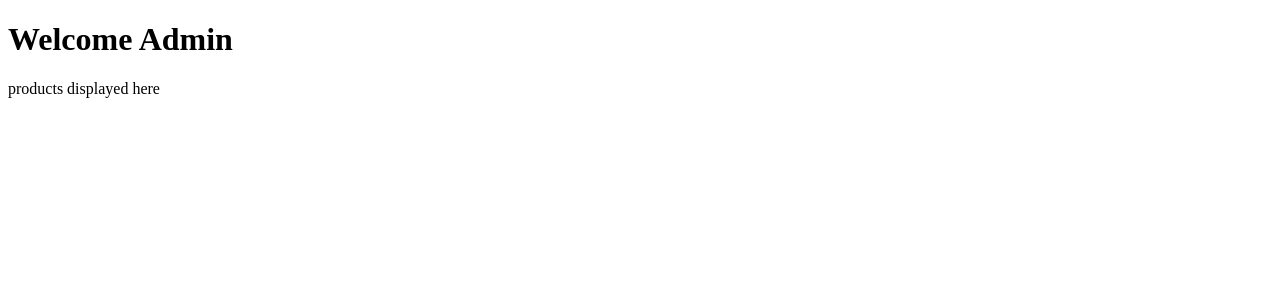
Repository: sravanreddy234/moreProject
Page: moreProject/WebContent/Admin.html
An editor plug-in stored every save of this project. The page is shown before and after the next save, followed by the edit.
The browser window is 1280 px wide. The pictures show the whole page.

Above is the page before, as saved 2017-07-23 06:22:09.

### moreProject/WebContent/Admin.html
<!DOCTYPE html>
<html>
<head>
<meta charset="ISO-8859-1">
<title>MoreStore|AdminPage</title>
</head>
<body>
<h1>Welcome Admin</h1>

<p>products displayed here</p>
</body>
</html>

After the next save:
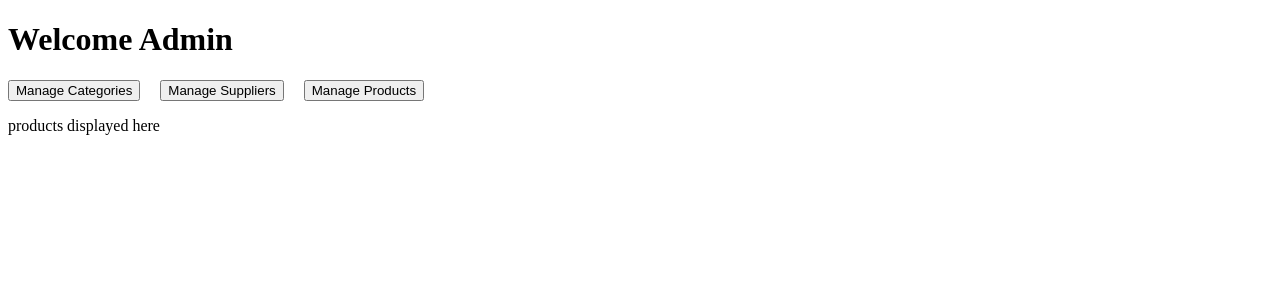
Saved 6 min 26 s later.
--- a/moreProject/WebContent/Admin.html
+++ b/moreProject/WebContent/Admin.html
@@ -7,6 +7,10 @@
 <body>
 <h1>Welcome Admin</h1>
 
+<a href="manageCategories"><button type="button" class="btn btn-primary">Manage Categories</button></a> &nbsp; &nbsp;
+	<a href="manageSuppliers"><button type="button" class="btn btn-success">Manage Suppliers</button></a> &nbsp; &nbsp;
+	<a href="manageProducts"><button type="button" class="btn btn-warning">Manage Products</button></a>
+
 <p>products displayed here</p>
 </body>
 </html>
